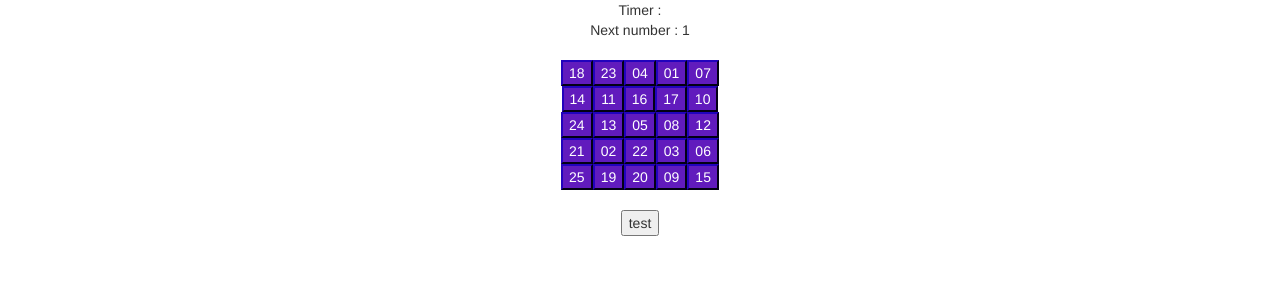
Repository: mikelily/lab
Page: oneTo25/game.2.html
The author's editor kept a record of every edit. The page is drawn from the files as they stood at one moment, then again after the next edit.
The browser window is 1280 px wide. The pictures show the whole page.

Above is the page before.
Not found: oneTo25/css/stopwatch.css

After the next edit:
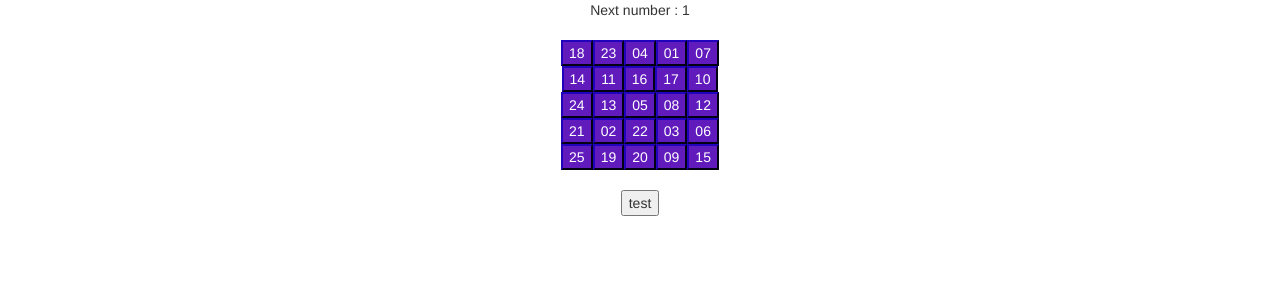
The edit:
--- a/oneTo25/game.2.html
+++ b/oneTo25/game.2.html
@@ -53,10 +53,10 @@
     </head>
     <body>
         <center>
-            <div>
-                <text>Timer : </text>
-                <text id="timerS"></text><br>
-            </div>
+            <!--<div> -->
+            <!--    <text>Timer : </text>-->
+            <!--    <text id="timerS"></text><br>-->
+            <!--</div>-->
 
             <!--<canvas id="canvas" width=300 height=300></canvas>-->
             <div>
